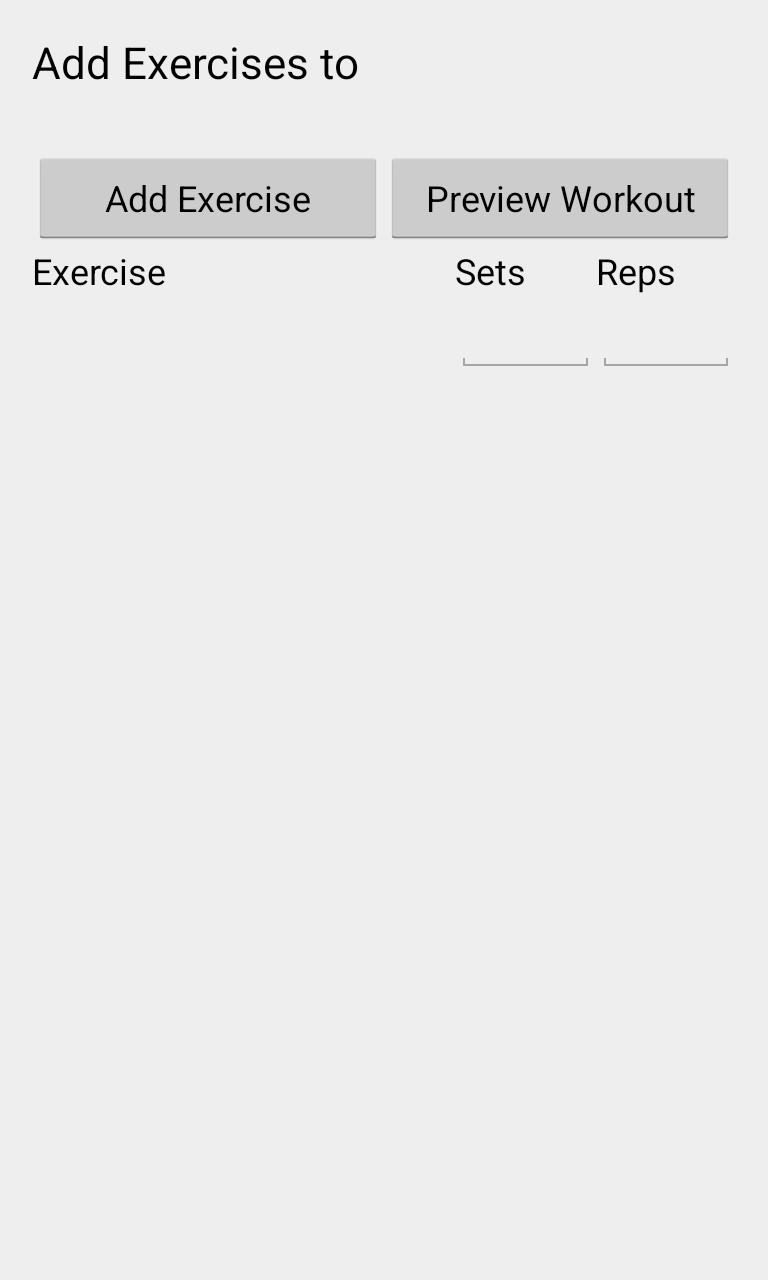
Repository: jmcdon09/EZWorkout
Layout: EzTrain/EzTrain/res/layout/activity_add_exercises.xml
An editor plug-in stored every save of this project. The layout is shown before and after the next save, followed by the edit.
It is drawn on a 768 x 1280 px phone screen (xhdpi) without system bars, with theme AppTheme; the app's code is not run. Lists and similar views that code fills are empty.

Above is the layout before, as saved 2014-03-29 04:50:49.

### EzTrain/EzTrain/res/layout/activity_add_exercises.xml
<LinearLayout xmlns:android="http://schemas.android.com/apk/res/android"
    xmlns:tools="http://schemas.android.com/tools"
    android:id="@+id/LinearLayout1"
    android:layout_width="match_parent"
    android:layout_height="match_parent"
    android:background="@color/background"
    android:orientation="vertical"
    android:paddingBottom="@dimen/activity_vertical_margin"
    android:paddingLeft="@dimen/activity_horizontal_margin"
    android:paddingRight="@dimen/activity_horizontal_margin"
    android:paddingTop="@dimen/activity_vertical_margin"
    tools:context=".AddExercises" >

    <LinearLayout
        android:layout_width="match_parent"
        android:layout_height="wrap_content" >

        <TextView
            android:id="@+id/adding_exercises"
            android:layout_width="wrap_content"
            android:layout_height="wrap_content"
            android:text="@string/add_exercise_to_workout"
            android:textAppearance="?android:attr/textAppearanceLarge" />

        <TextView
            android:id="@+id/workout_name"
            android:layout_width="wrap_content"
            android:layout_height="wrap_content"
            android:textAppearance="?android:attr/textAppearanceLarge" />
    </LinearLayout>

    <TextView
        android:id="@+id/muscle_group"
        android:layout_width="wrap_content"
        android:layout_height="wrap_content"
        android:textAppearance="?android:attr/textAppearanceLarge" />

    <ListView
        android:id="@+id/exercise_list"
        android:layout_width="match_parent"
        android:layout_height="wrap_content" >
    </ListView>

    <LinearLayout
        android:layout_width="match_parent"
        android:layout_height="wrap_content"
        android:weightSum="100" >

        <Button
            android:id="@+id/add_exercise"
            android:layout_width="fill_parent"
            android:layout_height="wrap_content"
            android:layout_weight="50"
            android:text="@string/add_exercise" />

        <Button
            android:id="@+id/preview_workout"
            android:layout_width="fill_parent"
            android:layout_height="wrap_content"
            android:layout_weight="50"
            android:text="@string/preview_workout" />
    </LinearLayout>

    <LinearLayout
        android:layout_width="match_parent"
        android:layout_height="wrap_content"
        android:weightSum="100" >

        <TextView
            android:id="@+id/add_exercise_exercise"
            android:layout_width="fill_parent"
            android:layout_height="wrap_content"
            android:layout_weight="20"
            android:text="@string/exercise"
            android:textAppearance="?android:attr/textAppearanceMedium" />

        <TextView
            android:id="@+id/add_exercise_set"
            android:layout_width="fill_parent"
            android:layout_height="wrap_content"
            android:layout_weight="40"
            android:text="@string/sets"
            android:textAppearance="?android:attr/textAppearanceMedium" />

        <TextView
            android:id="@+id/add_exercise_rep"
            android:layout_width="fill_parent"
            android:layout_height="wrap_content"
            android:layout_weight="40"
            android:text="@string/reps"
            android:textAppearance="?android:attr/textAppearanceMedium" />
    </LinearLayout>

    <LinearLayout
        android:layout_width="match_parent"
        android:layout_height="wrap_content"
        android:weightSum="100" >

        <TextView
            android:id="@+id/add_exercise_name"
            android:layout_width="fill_parent"
            android:layout_height="wrap_content"
            android:layout_weight="20"
            android:textAppearance="?android:attr/textAppearanceMedium" />

        <EditText
            android:id="@+id/add_exercise_set_input"
            android:layout_width="fill_parent"
            android:layout_height="wrap_content"
            android:layout_weight="40"
            android:ems="10"
            android:inputType="number" />

        <EditText
            android:id="@+id/add_exercise_rep_input"
            android:layout_width="fill_parent"
            android:layout_height="wrap_content"
            android:layout_weight="40"
            android:ems="10"
            android:inputType="number" />
    </LinearLayout>

</LinearLayout>

### EzTrain/EzTrain/res/values-v11/styles.xml
<?xml version="1.0" encoding="utf-8"?>
<resources>

    <!--
        Base application theme for API 11+. This theme completely replaces
        AppBaseTheme from res/values/styles.xml on API 11+ devices.
    -->
    <style name="AppBaseTheme" parent="android:Theme.Holo.Light">
        <!-- API 11 theme customizations can go here. -->
    </style>

    <style name="FullscreenTheme" parent="android:Theme.Holo">
        <item name="android:actionBarStyle">@style/FullscreenActionBarStyle</item>
        <item name="android:windowActionBarOverlay">true</item>
        <item name="android:windowBackground">@null</item>
        <item name="buttonBarStyle">?android:attr/buttonBarStyle</item>
        <item name="buttonBarButtonStyle">?android:attr/buttonBarButtonStyle</item>
    </style>

    <style name="FullscreenActionBarStyle" parent="android:Widget.Holo.Light.ActionBar">
        <item name="android:background">@color/action_bar_background</item>
        <item name="android:actionMenuTextColor">@color/black_overlay</item>
    </style>

</resources>

### EzTrain/EzTrain/res/values-v14/styles.xml
<resources>

    <!--
        Base application theme for API 14+. This theme completely replaces
        AppBaseTheme from BOTH res/values/styles.xml and
        res/values-v11/styles.xml on API 14+ devices.
    -->
    <style name="AppBaseTheme" parent="@android:style/Theme.Holo.Light.DarkActionBar">
        <!-- API 14 theme customizations can go here. -->
        <item name="android:actionBarStyle">@style/MyActionBar</item>


    </style>

    <style name="MyActionBar" parent="@android:style/Widget.Holo.Light.ActionBar">
        <item name="android:background">@color/action_bar_background</item>
        <item name="android:titleTextStyle">@style/MyActionBarTitle</item>
    </style>

	<style name="MyActionBarTitle" parent="@android:style/TextAppearance.Holo.Widget.ActionBar.Title">
	    <item name="android:textColor">@color/title</item>

	</style>



</resources>

### EzTrain/EzTrain/res/values/colors.xml
<resources>

    <color name="action_bar_background">#4db6af</color>
    <color name="black_overlay">#66000000</color>
    <color name="background">#eee</color>
    <color name="font">#444</color>
    <color name="accent">#ccc</color>
    <color name="title">#FFF</color>

</resources>

### EzTrain/EzTrain/res/values/strings.xml
<?xml version="1.0" encoding="utf-8"?>
<resources>

    <string name="app_name">EZWorkout</string>

    <string-array name="muscle_groups">
        <item>Arms</item>
        <item>Abdominals</item>
        <item>Chest</item>
        <item>Back</item>
        <item>Legs</item>
        <item>Shoulders</item>
    </string-array>

    <string-array name="my_workouts">
        <item>Biceps</item>
        <item>Major Chest Workout</item>
    </string-array>

    <string-array name="chest">
        <item>Benchpress</item>
        <item>Butterflys</item>
        <item>Push Ups</item>
        <item>Iron Cross</item>
        <item>Decline Dumbell Press</item>
        <item></item>
    </string-array>

    <string-array name="arms">
        <item>Bicep Curls</item>
        <item>Spider Curls</item>
        <item>Tricep Dips</item>
        <item>Skullcrushers</item>
        <item>French Press</item>
    </string-array>

    <string-array name="shoudlers">
        <item>Shoulder Abduction</item>
        <item>Military Press</item>
    </string-array>

    <string-array name="abdominals">
        <item>Crunches</item>
        <item>Russian Twists</item>
        <item>Sit-ups</item>
        <item>Toe Touches</item>
    </string-array>

    <string-array name="legs">
        <item>One Legged Squats</item>
        <item>Romanian Deadlifts</item>
        <item>Trap Bar Deadlifts</item>
        <item>Box Jumps</item>
    </string-array>

    <string-array name="back">
        <item>Standing Good Mornings</item>
        <item>Seated Good Mornings</item>
        <item>Reverse Hypers</item>
        <item>Chin Ups</item>
    </string-array>

    <string name="workout_now">Start Workout</string>
    <string name="progress">My Progress</string>
    <string name="design_work">Design Workout</string>
    <string name="title_activity_start_workout">Start Workout</string>
    <string name="title_activity_my_progress">My Progress</string>
    <string name="title_activity_design_workout">Design Workout</string>
    <string name="title_activity_add_exercises">Add Exercises</string>
    <string name="title_activity_create_exercise">Create Exercise</string>
    <string name="title_activity_preview_workout">Preview Workout</string>
    <string name="title_activity_my_workouts">My Workouts</string>
    <string name="title_activity_workout">Workout</string>
    <string name="title_activity_active_workout">Active Workout</string>
    <string name="workout_name">Workout Name</string>
    <string name="return_workout"></string>
    <string name="action_settings">Action Settings</string>
    <string name="add_exercise_to_workout">Add Exercises to </string>
    <string name="add_exercise">Add Exercise</string>
    <string name="begin_design">Start Design</string>
    <string name="create_exercise">Create Exercise</string>
    <string name="muscle_group">Muscle Group</string>
    <string name="workout_description">Workout Description</string>
    <string name="my_workouts">My Workouts</string>
    <string name="start_workout">Start Workout</string>
    <string name="browse_workouts">Browse Workouts</string>
    <string name="exercise_name">Exercise Name</string>
    <string name="rep_hint">Rep hint goes here</string>
    <string name="action_home">Home</string>
    <string name="exercise1">Bench press </string>
    <string name="set1">4</string>
    <string name="rep1">8#821112</string>
    <string name="hello_world">Hello world!</string>
    <string name="preview_workout">Preview Workout</string>
    <string name="title_activity_preview_design">Preview Design</string>
    <string name="exercise">Exercise</string>
    <string name="sets">Sets</string>
    <string name="reps">Reps</string>
    <string name="weight">Weight</string>



</resources>

Loaded but not shown: EzTrain/EzTrain/res/values/styles.xml (common file); EzTrain/EzTrain/res/values/dimens.xml (common file)

After the next save:
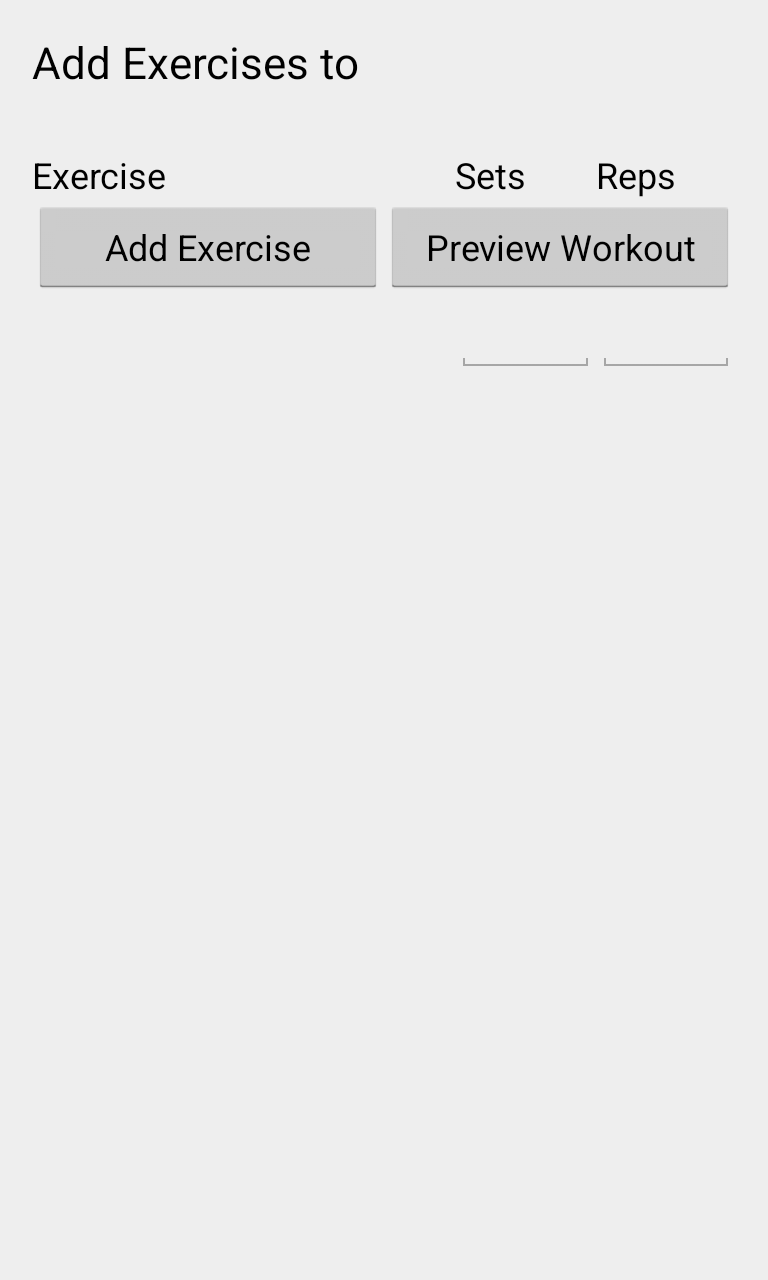
Saved 12 s later.
--- a/EzTrain/EzTrain/res/layout/activity_add_exercises.xml
+++ b/EzTrain/EzTrain/res/layout/activity_add_exercises.xml
@@ -46,26 +46,6 @@
         android:layout_height="wrap_content"
         android:weightSum="100" >
 
-        <Button
-            android:id="@+id/add_exercise"
-            android:layout_width="fill_parent"
-            android:layout_height="wrap_content"
-            android:layout_weight="50"
-            android:text="@string/add_exercise" />
-
-        <Button
-            android:id="@+id/preview_workout"
-            android:layout_width="fill_parent"
-            android:layout_height="wrap_content"
-            android:layout_weight="50"
-            android:text="@string/preview_workout" />
-    </LinearLayout>
-
-    <LinearLayout
-        android:layout_width="match_parent"
-        android:layout_height="wrap_content"
-        android:weightSum="100" >
-
         <TextView
             android:id="@+id/add_exercise_exercise"
             android:layout_width="fill_parent"
@@ -89,6 +69,26 @@
             android:layout_weight="40"
             android:text="@string/reps"
             android:textAppearance="?android:attr/textAppearanceMedium" />
+    </LinearLayout>
+
+    <LinearLayout
+        android:layout_width="match_parent"
+        android:layout_height="wrap_content"
+        android:weightSum="100" >
+
+        <Button
+            android:id="@+id/add_exercise"
+            android:layout_width="fill_parent"
+            android:layout_height="wrap_content"
+            android:layout_weight="50"
+            android:text="@string/add_exercise" />
+
+        <Button
+            android:id="@+id/preview_workout"
+            android:layout_width="fill_parent"
+            android:layout_height="wrap_content"
+            android:layout_weight="50"
+            android:text="@string/preview_workout" />
     </LinearLayout>
 
     <LinearLayout
